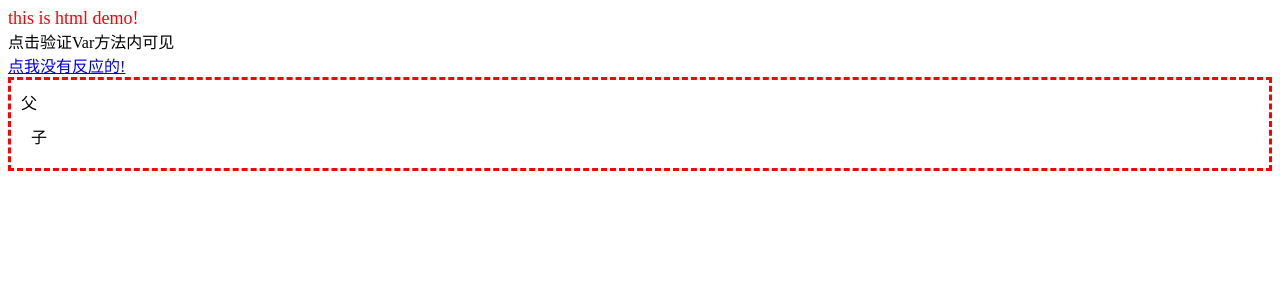
Repository: gavin2010/Frontend_html
Page: demo.html
The author's editor kept a copy of each file at every save. The page is drawn from the files as they stood at one save, then again after the next save.
The browser window is 1280 px wide. The pictures show the whole page.

Above is the page before, as saved 2023-03-04 11:17:37.
Console error: ReferenceError: bodyOnload is not defined

After the next save:
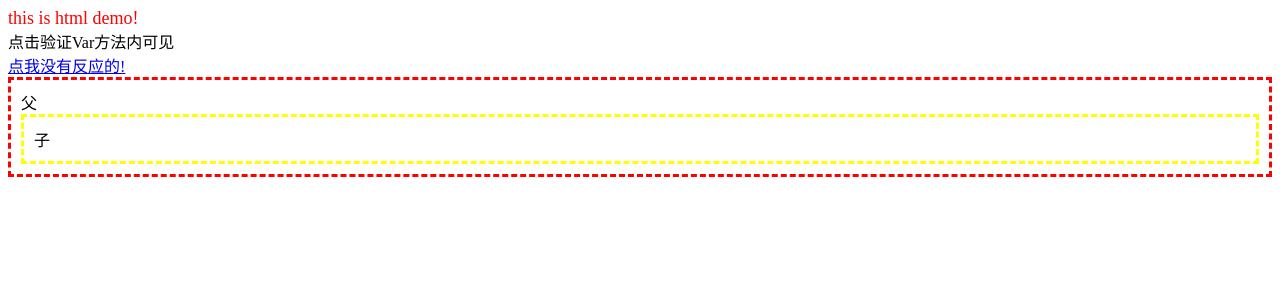
Saved 13 s later.
--- a/demo.html
+++ b/demo.html
@@ -25,7 +25,7 @@
 
     <div id="parent" style="border-style: dashed;border-color:red; padding: 10px;">
         父
-        <div id="child" style="border-color:yellow; padding: 10px;">
+        <div id="child" style="border-style: dashed;border-color:yellow; padding: 10px;">
             子
         </div>
     </div>
